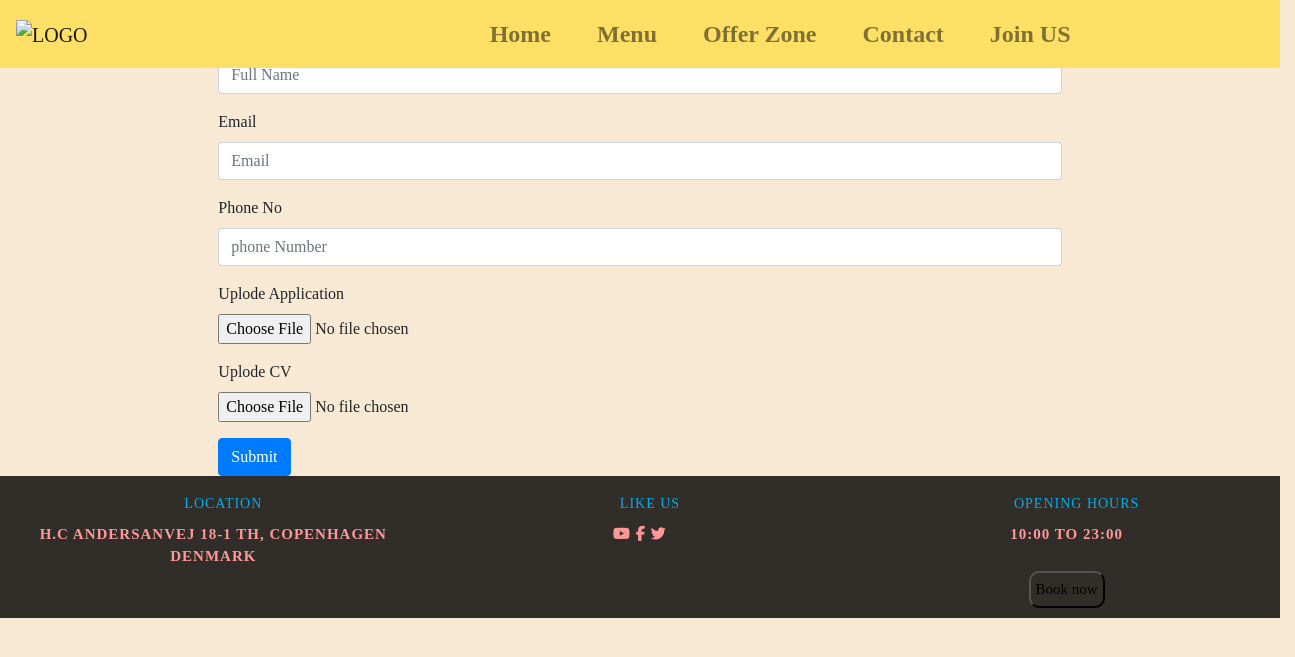
Repository: HMTRIVEDI/project-one
Page: job.html
The author's editor kept a record of every edit. The page is drawn from the files as they stood at one moment, then again after the next edit.
The browser window is 1280 px wide. The page is 1295 px wide, so the pictures cover 1295 px, including what lies to the right of the window. The pictures show the whole page.
Some web fonts or font styles are not loaded; a fallback is used. Some web libraries are served in a nearby version.

Above is the page before.

After the next edit:
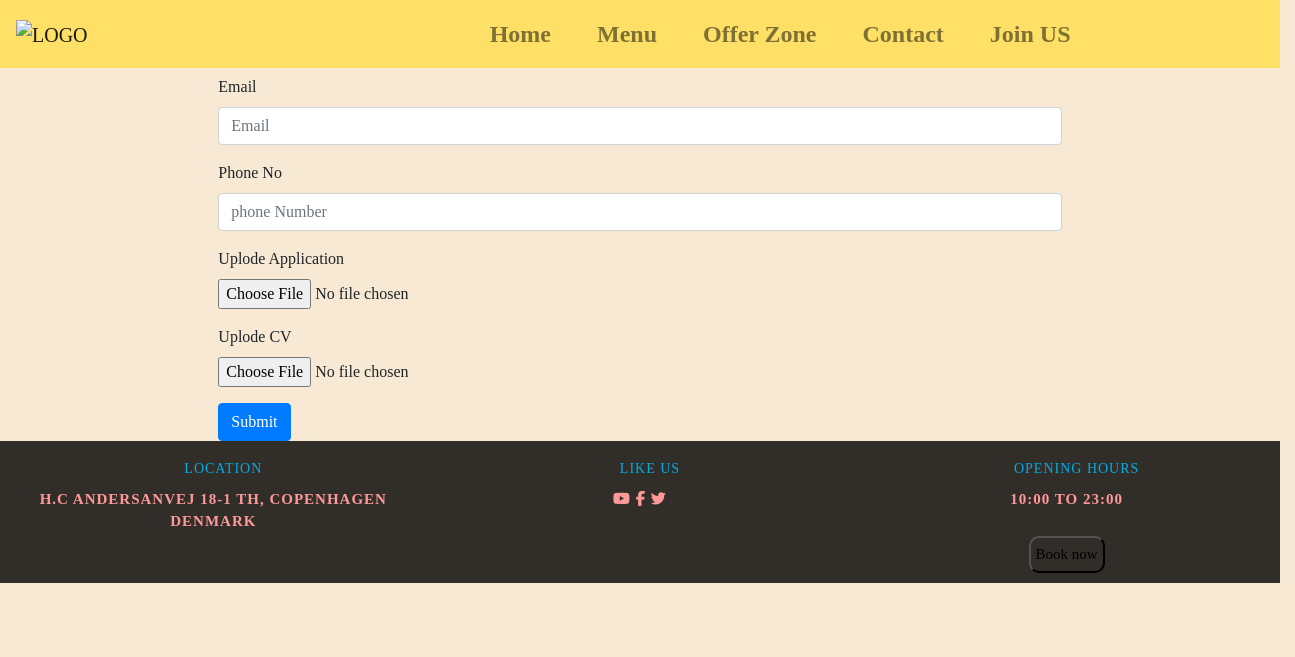
The edit:
--- a/job.html
+++ b/job.html
@@ -57,7 +57,7 @@
       <form>
         <div class="form-group">
           <label for="inputname class=" "form-control">Name</label>
-          <input type="text" class="form-control" placeholder="Full Name" validator="text" required>
+          <input type="text" class="form-contr0ol" placeholder="Full Name" validator="text" required>
         </div>
         <div class="form-group">
           <label for="inputemail">Email</label>
